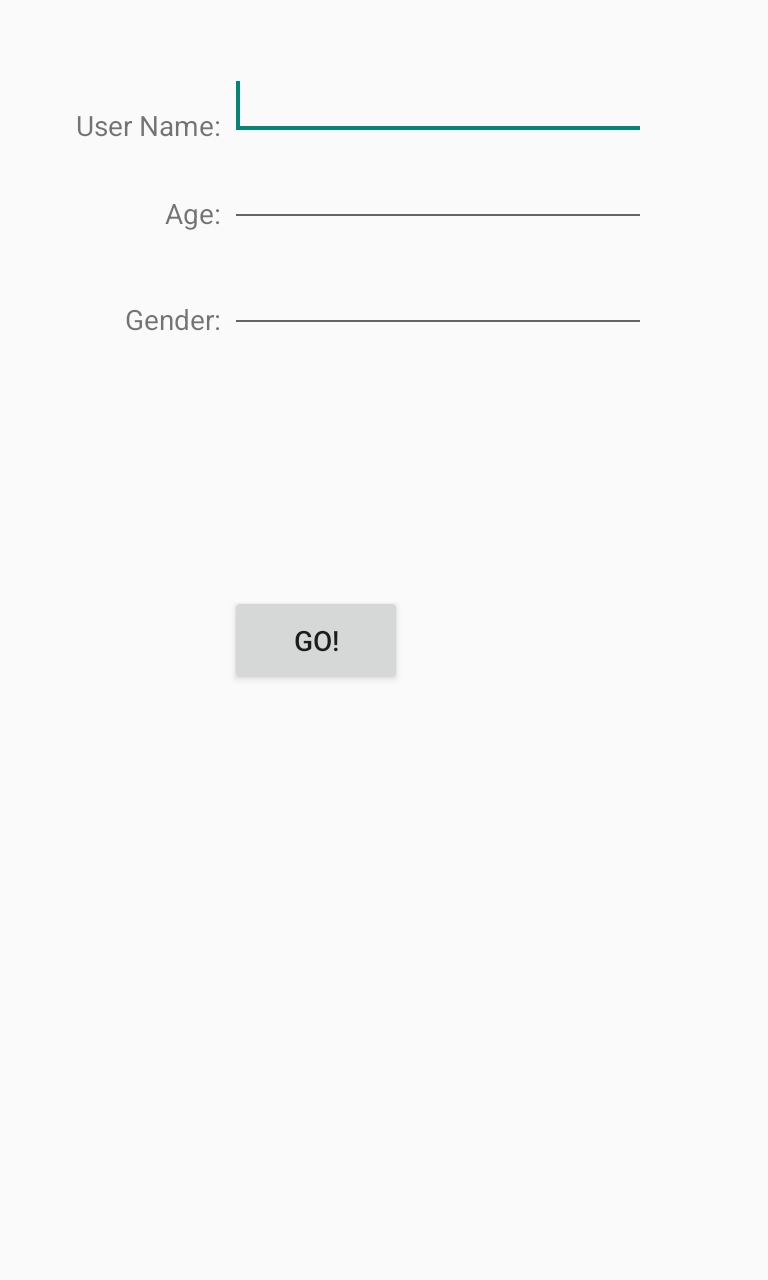
Repository: HaleyElliott/Mobile-Computing-Assignments
Layout: Rock_Paper_Scissors/res/layout/activity_main.xml
An editor plug-in stored every save of this project. The layout is shown before and after the next save, followed by the edit.
It is drawn on a 768 x 1280 px phone screen (xhdpi) without system bars, with theme AppTheme; the app's code is not run.

Above is the layout before, as saved 2014-09-23 22:34:18.

After the next save:
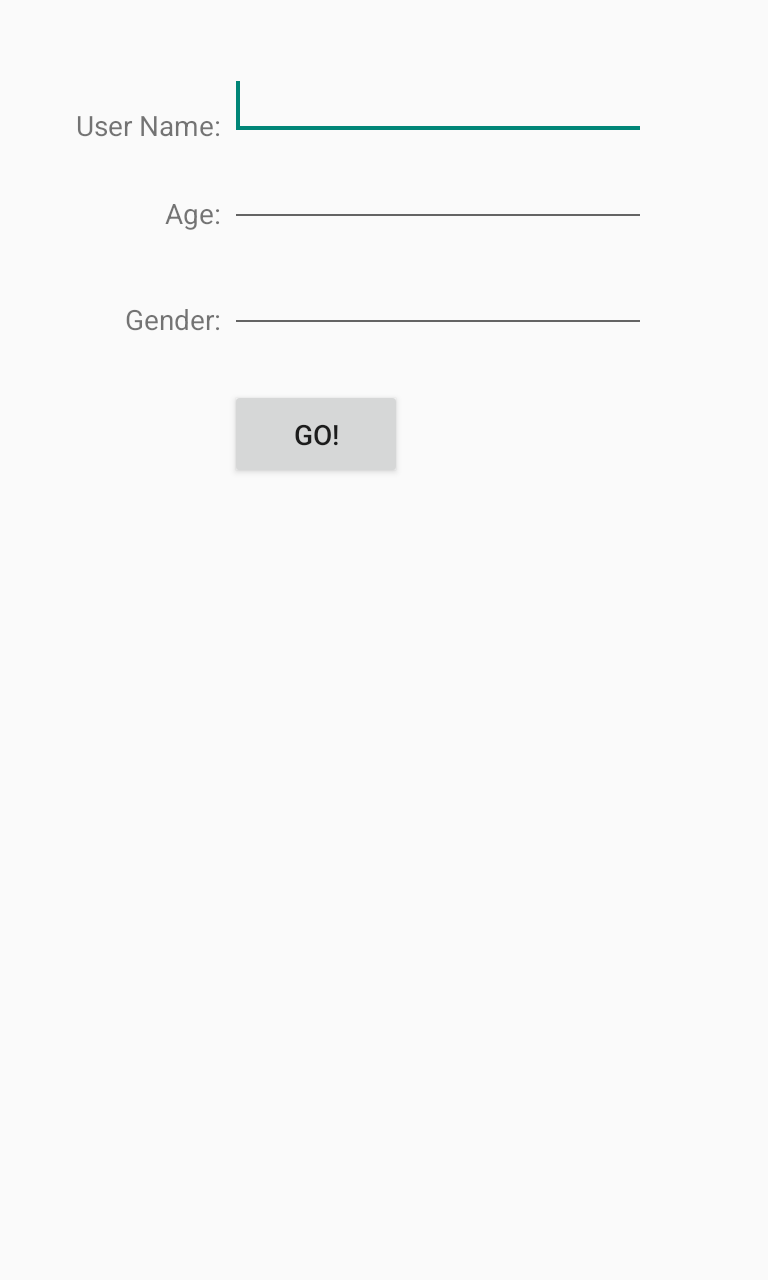
Saved 62 s later.
--- a/Rock_Paper_Scissors/res/layout/activity_main.xml
+++ b/Rock_Paper_Scissors/res/layout/activity_main.xml
@@ -16,15 +16,6 @@
         android:layout_below="@+id/textView1"
         android:layout_marginTop="25dp"
         android:text="Age: " />
-
-    <Button
-        android:id="@+id/goButton"
-        android:layout_width="wrap_content"
-        android:layout_height="wrap_content"
-        android:layout_centerVertical="true"
-        android:layout_toRightOf="@+id/textView2"
-        android:onClick="addPlayer2"
-        android:text="Go!" />
 
     <TextView
         android:id="@+id/textView3"
@@ -73,4 +64,14 @@
         android:layout_alignLeft="@+id/ageText"
         android:ems="10" />
 
+    <Button
+        android:id="@+id/goButton"
+        android:layout_width="wrap_content"
+        android:layout_height="wrap_content"
+        android:layout_below="@+id/genderText"
+        android:layout_marginTop="24dp"
+        android:layout_toRightOf="@+id/textView3"
+        android:onClick="addPlayer2"
+        android:text="Go!" />
+
 </RelativeLayout>
